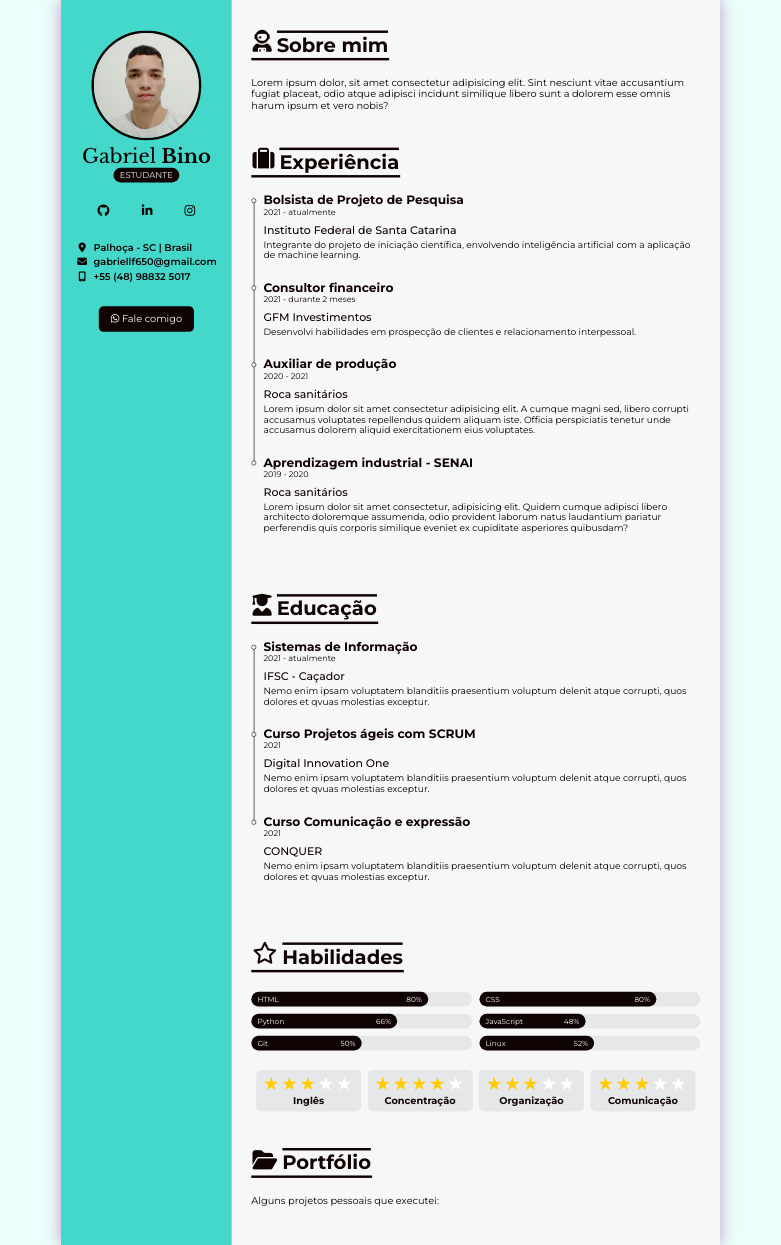
Repository: gabrielbino/curriculoResponsivo
Page: index.html
These files come from the project's save history. The page is drawn as it stood at one moment and after the next save; the edit follows.
The browser window is 1280 px wide. The pictures show the whole page, at 61% of full size.
Some web libraries are served in a nearby version.

Above is the page before, as saved 2021-10-19 15:29:15.

### index.html
<!DOCTYPE html>
<html lang="pt-br">
  <head>
    <meta charset="UTF-8" />

    <meta name="viewport" content="width=device-width, initial-scale=1" />

    <link
      rel="stylesheet"
      href="https://cdnjs.cloudflare.com/ajax/libs/normalize/8.0.1/normalize.min.css"
      integrity="sha512-NhSC1YmyruXifcj/KFRWoC561YpHpc5Jtzgvbuzx5VozKpWvQ+4nXhPdFgmx8xqexRcpAglTj9sIBWINXa8x5w=="
      crossorigin="anonymous"
      referrerpolicy="no-referrer"
    />

    <script
      src="https://kit.fontawesome.com/e258bd240c.js"
      crossorigin="anonymous"
    ></script>

    <link rel="stylesheet" href="css/style.css" />

    <link rel="shortcut icon" href="img/favicon.ico" />

    <title>CV do Gabriel</title>
  </head>
  <body>
    <main>
      <aside>
        <div class="sidebar">
          <img
            class="profile-picture"
            src="./img/option_profile.jpeg"
            alt="Gabriel Bino"
          />
          <h1 class="title-name"><span>Gabriel</span> Bino</h1>
          <h3 class="subtitle-role">Estudante</h3>
          <div class="social-links">
            <a href="https://github.com/gabrielbino" target="_blank">
              <i class="fab fa-github"></i>
            </a>
            <a
              href="https://www.linkedin.com/in/gabriel-fernandes-bino-456499195/"
              target="_blank"
            >
              <i class="fab fa-linkedin-in"></i>
            </a>
            <!-- <a href="https://twitter.com/theleoad" target="_blank">
              <i class="fab fa-twitter"></i>
            </a> -->
            <a href="https://www.instagram.com/gabrielfbino/" target="_blank">
              <i class="fab fa-instagram"></i>
            </a>
          </div>
          <ul class="personal-data">
            <li>
              <i class="fas fa-map-marker-alt"></i>
              <span>Palhoça - SC | Brasil</span>
            </li>
            <li>
              <i class="fas fa-envelope"></i>
              <a href="mailto:galbriellf650@gmail.com"
                >gabriellf650@gmail.com</a
              >
            </li>
            <li>
              <i class="fas fa-mobile-alt"></i>
              <a href="tel:+5548988325017">+55 (48) 98832 5017</a>
            </li>
          </ul>
          <a
            class="download-button"
            href="https://wa.me/+5548988325017"
            target="_blank"
          >
            <i class="fab fa-whatsapp"></i>
            <span>Fale comigo</span>
          </a>
        </div>
      </aside>
      <section>
        <article>
          <div class="article-title-wrapper">
            <i class="fas fa-user-astronaut"></i>
            <h2 class="article-title">Sobre mim</h2>
          </div>
          <p>
            Lorem ipsum dolor, sit amet consectetur adipisicing elit. Sint
            nesciunt vitae accusantium fugiat placeat, odio atque adipisci
            incidunt similique libero sunt a dolorem esse omnis harum ipsum et
            vero nobis?
          </p>
        </article>
        <article>
          <div class="article-title-wrapper">
            <i class="fas fa-suitcase"></i>
            <h2 class="article-title">Experiência</h2>
          </div>
          <ul class="timeline">
            <li>
              <h4 class="timeline-title">Bolsista de Projeto de Pesquisa</h4>
              <h5 class="timeline-time">2021 - atualmente</h5>
              <h6 class="timeline-place">
                Instituto Federal de Santa Catarina
              </h6>
              <p class="timeline-text">
                Integrante do projeto de iniciação científica, envolvendo
                inteligência artificial com a aplicação de machine learning.
              </p>
            </li>
            <li>
              <h4 class="timeline-title">Consultor financeiro</h4>
              <h5 class="timeline-time">2021 - durante 2 meses</h5>
              <h6 class="timeline-place">GFM Investimentos</h6>
              <p class="timeline-text">
                Desenvolvi habilidades em prospecção de clientes e
                relacionamento interpessoal.
              </p>
            </li>
            <li>
              <h4 class="timeline-title">Auxiliar de produção</h4>
              <h5 class="timeline-time">2020 - 2021</h5>
              <h6 class="timeline-place">Roca sanitários</h6>
              <p class="timeline-text">
                Lorem ipsum dolor sit amet consectetur adipisicing elit. A
                cumque magni sed, libero corrupti accusamus voluptates
                repellendus quidem aliquam iste. Officia perspiciatis tenetur
                unde accusamus dolorem aliquid exercitationem eius voluptates.
              </p>
            </li>
            <li>
              <h4 class="timeline-title">Aprendizagem industrial - SENAI</h4>
              <h5 class="timeline-time">2019 - 2020</h5>
              <h6 class="timeline-place">Roca sanitários</h6>
              <p class="timeline-text">
                Lorem ipsum dolor sit amet consectetur, adipisicing elit. Quidem
                cumque adipisci libero architecto doloremque assumenda, odio
                provident laborum natus laudantium pariatur perferendis quis
                corporis similique eveniet ex cupiditate asperiores quibusdam?
              </p>
            </li>
          </ul>
        </article>
        <article>
          <div class="article-title-wrapper">
            <i class="fas fa-user-graduate"></i>
            <h2 class="article-title">Educação</h2>
          </div>
          <ul class="timeline">
            <li>
              <h4 class="timeline-title">Sistemas de Informação</h4>
              <h5 class="timeline-time">2021 - atualmente</h5>
              <h6 class="timeline-place">IFSC - Caçador</h6>
              <p class="timeline-text">
                Nemo enim ipsam voluptatem blanditiis praesentium voluptum
                delenit atque corrupti, quos dolores et qvuas molestias
                exceptur.
              </p>
            </li>
            <li>
              <h4 class="timeline-title">Curso Projetos ágeis com SCRUM</h4>
              <h5 class="timeline-time">2021</h5>
              <h6 class="timeline-place">Digital Innovation One</h6>
              <p class="timeline-text">
                Nemo enim ipsam voluptatem blanditiis praesentium voluptum
                delenit atque corrupti, quos dolores et qvuas molestias
                exceptur.
              </p>
            </li>
            <li>
              <h4 class="timeline-title">Curso Comunicação e expressão</h4>
              <h5 class="timeline-time">2021</h5>
              <h6 class="timeline-place">CONQUER</h6>
              <p class="timeline-text">
                Nemo enim ipsam voluptatem blanditiis praesentium voluptum
                delenit atque corrupti, quos dolores et qvuas molestias
                exceptur.
              </p>
            </li>
          </ul>
        </article>
        <article>
          <div class="article-title-wrapper">
            <i class="far fa-star"></i>
            <h2 class="article-title">Habilidades</h2>
          </div>
          <div class="skills-container">
            <div class="progress">
              <div class="progress-bar" role="progressbar" style="width: 80%">
                <div class="progress-text">
                  <span>HTML</span>
                  <span>80%</span>
                </div>
              </div>
            </div>
            <div class="progress">
              <div class="progress-bar" role="progressbar" style="width: 80%">
                <div class="progress-text">
                  <span>CSS</span>
                  <span>80%</span>
                </div>
              </div>
            </div>
            <div class="progress">
              <div class="progress-bar" role="progressbar" style="width: 66%">
                <div class="progress-text">
                  <span>Python</span>
                  <span>66%</span>
                </div>
              </div>
            </div>
            <div class="progress">
              <div class="progress-bar" role="progressbar" style="width: 48%">
                <div class="progress-text">
                  <span>JavaScript</span>
                  <span>48%</span>
                </div>
              </div>
            </div>
            <div class="progress">
              <div class="progress-bar" role="progressbar" style="width: 50%">
                <div class="progress-text">
                  <span>Git</span>
                  <span>50%</span>
                </div>
              </div>
            </div>
            <div class="progress">
              <div class="progress-bar" role="progressbar" style="width: 52%">
                <div class="progress-text">
                  <span>Linux</span>
                  <span>52%</span>
                </div>
              </div>
            </div>
          </div>
          <div class="soft-skills">
            <div class="soft-skill">
              <div class="soft-skill-rating" style="--rating: 3"></div>
              <h4 class="soft-skill-label">Inglês</h4>
            </div>
            <div class="soft-skill">
              <div class="soft-skill-rating" style="--rating: 4"></div>
              <h4 class="soft-skill-label">Concentração</h4>
            </div>
            <div class="soft-skill">
              <div class="soft-skill-rating" style="--rating: 3"></div>
              <h4 class="soft-skill-label">Organização</h4>
            </div>
            <div class="soft-skill">
              <div class="soft-skill-rating" style="--rating: 3"></div>
              <h4 class="soft-skill-label">Comunicação</h4>
            </div>
          </div>
        </article>
        <article>
          <div class="article-title-wrapper">
            <i class="fas fa-folder-open"></i>
            <h2 class="article-title">Portfólio</h2>
          </div>
          <p>Alguns projetos pessoais que executei:</p>
          <div class="portfolio">
            <a href="#" class="portfolio-item">
              <div></div>
            </a>
            <a href="#" class="portfolio-item">
              <div></div>
            </a>
            <a href="#" class="portfolio-item">
              <div></div>
            </a>
            <a href="#" class="portfolio-item">
              <div></div>
            </a>
          </div>
        </article>
      </section>
    </main>
  </body>
</html>

### css/style.css
@import url("https://fonts.googleapis.com/css2?family=Libre+Baskerville:wght@400;700&family=Montserrat:wght@400;500;600;700&display=swap");

* {
  box-sizing: border-box;
}

img {
  max-width: 100%;
}

body {
  background-color: #ebfffb;
  color: black;
  font-family: "Montserrat", sans-serif;
}

main {
  background-color: #ebfffb;
  box-shadow: 0 0 1.5rem rgba(149, 56, 158, 0.5);
  display: flex;
  margin: 0 auto;
  max-width: 1080px;
  min-height: 100vh;
  width: 100%;
}

aside {
  background-color: #43d8c9;
  padding: 50px 0 16px;
  width: 280px;
}

.sidebar {
  align-items: center;
  display: flex;
  flex-direction: column;
  position: sticky;
  top: 16px;
  width: 100%;
}

.profile-picture {
  border-radius: 50%;
  border: solid 4px #100303;
  width: 180px;
}

.title-name {
  color: #100303;
  font-family: "Libre Baskerville", serif;
  font-weight: 700;
  margin: 8px 0 0;
}

.title-name span {
  font-weight: 500;
}

.subtitle-role {
  background: #100303;
  border-radius: 12px;
  color: #e9ebec;
  font-size: 14px;
  font-weight: 400;
  margin: 0;
  padding: 4px 10px;
  text-transform: uppercase;
}

.social-links {
  display: flex;
  font-size: 20px;
  justify-content: space-between;
  margin: 36px 0;
  width: 160px;
}

.social-links a {
  color: #100303;
}

.social-links a:hover {
  color: #95389e;
}

.personal-data {
  list-style-type: none;
  margin: 0;
  padding: 0;
}

.personal-data li {
  color: #100303;
  font-weight: 600;
  line-height: 1.5;
}

.personal-data li a {
  color: inherit;
  text-decoration: none;
}

.personal-data i {
  margin-right: 4px;
  text-align: center;
  width: 20px;
}

.download-button {
  background: #100303;
  border-radius: 8px;
  color: white;
  display: block;
  margin: 36px 0;
  padding: 12px 20px;
  text-decoration: none;
}

section {
  background-color: #f7f7f7;
  padding: 50px 32px 0;
  width: calc(100% - 280px);
}

article:not(:last-of-type) {
  margin-bottom: 60px;
}

.article-title-wrapper {
  align-items: center;
  border-bottom: 4px solid;
  color: #100303;
  display: inline-flex;
  margin-bottom: 12px;
  padding: 0 2px;
}
.article-title-wrapper i {
  font-size: 36px;
  margin: -8px 8px 0 0;
}

.article-title {
  border-top: 4px solid;
  color: #100303;
  font-size: 32px;
  font-weight: 800;
  margin: 0 0 2px;
  padding-top: 2px;
}

.timeline {
  list-style: none;
  margin: 20px 0;
  padding: 0;
}

.timeline li {
  margin: 0;
  padding: 2px 0 40px 20px;
  position: relative;
}

.timeline li::after {
  background-color: #fff;
  border-radius: 50%;
  border: 1px solid #100303;
  box-sizing: border-box;
  content: "";
  display: inline-block;
  height: 8px;
  left: 0;
  position: absolute;
  top: 2px;
  width: 8px;
}

.timeline li:not(:last-of-type)::before {
  background-color: #100303;
  content: "";
  height: 100%;
  left: 3.5px;
  position: absolute;
  top: calc(0.5em - 4px);
  width: 1px;
}

.timeline-title {
  color: #100303;
  font-size: 20px;
  margin: -8px 0 0;
}

.timeline-time {
  color: #100303;
  font-weight: 400;
  margin: 0;
}

.timeline-place {
  color: #100303;
  font-size: 18px;
  font-weight: 500;
  margin: 12px 0 4px;
}

.timeline-text {
  font-size: 15px;
  margin: 0;
}

.skills-container {
  display: flex;
  flex-wrap: wrap;
  justify-content: space-between;
  margin: 20px 0;
}

.progress {
  background-color: rgba(68, 86, 108, 0.1);
  border-radius: 20px;
  display: flex;
  font-size: 0.75rem;
  height: 1.5rem;
  margin-bottom: 12px;
  width: calc(50% - 6px);
}

.progress-bar {
  align-items: center;
  background-color: #100303;
  border-radius: 20px;
  color: #fff;
  display: flex;
  padding: 0 10px;
}

.progress-text {
  display: flex;
  justify-content: space-between;
  width: 100%;
}

.soft-skills {
  display: flex;
  justify-content: space-between;
  padding: 0 8px;
}

.soft-skill {
  background-color: rgba(68, 86, 108, 0.1);
  border-radius: 8px;
  padding: 8px;
  text-align: center;
  width: calc(25% - 8px);
}

.soft-skill-rating {
  --percent: calc(var(--rating) / 5 * 100%);
  display: inline-block;
  font-family: Times;
  font-size: 30px;
  line-height: 1;
}

.soft-skill-rating::before {
  background-clip: text;
  background: linear-gradient(90deg, #fc0 var(--percent), #fff var(--percent));
  content: "★★★★★";
  letter-spacing: 3px;
  -webkit-background-clip: text;
  -webkit-text-fill-color: transparent;
}

.soft-skill-label {
  color: #100303;
  margin: 4px 0 0;
}

.portfolio {
  display: flex;
  flex-wrap: wrap;
  justify-content: space-between;
}

.portfolio-item {
  margin-bottom: 24px;
  text-decoration: none;
  width: calc(50% - 12px);
}

/* .portfolio-item div {
  margin: 0;
}

.portfolio-item figcaption {
  color: #3c6e71;
  font-weight: 800;
  text-align: center;
} */

@media (max-width: 1024px) {
  .soft-skills {
    flex-wrap: wrap;
  }

  .soft-skill {
    margin: 4px;
    width: calc(50% - 8px);
  }
}

@media (max-width: 768px) {
  main {
    display: block;
  }

  aside,
  section {
    width: 100%;
  }

  section {
    padding: 32px 16px 0;
  }

  .article-title-wrapper {
    display: flex;
    padding: 0;
  }

  .progress,
  .soft-skill,
  .portfolio-item,
  .article-title {
    width: 100%;
  }

  .portfolio-item figure {
    text-align: center;
  }
}

After the next save:
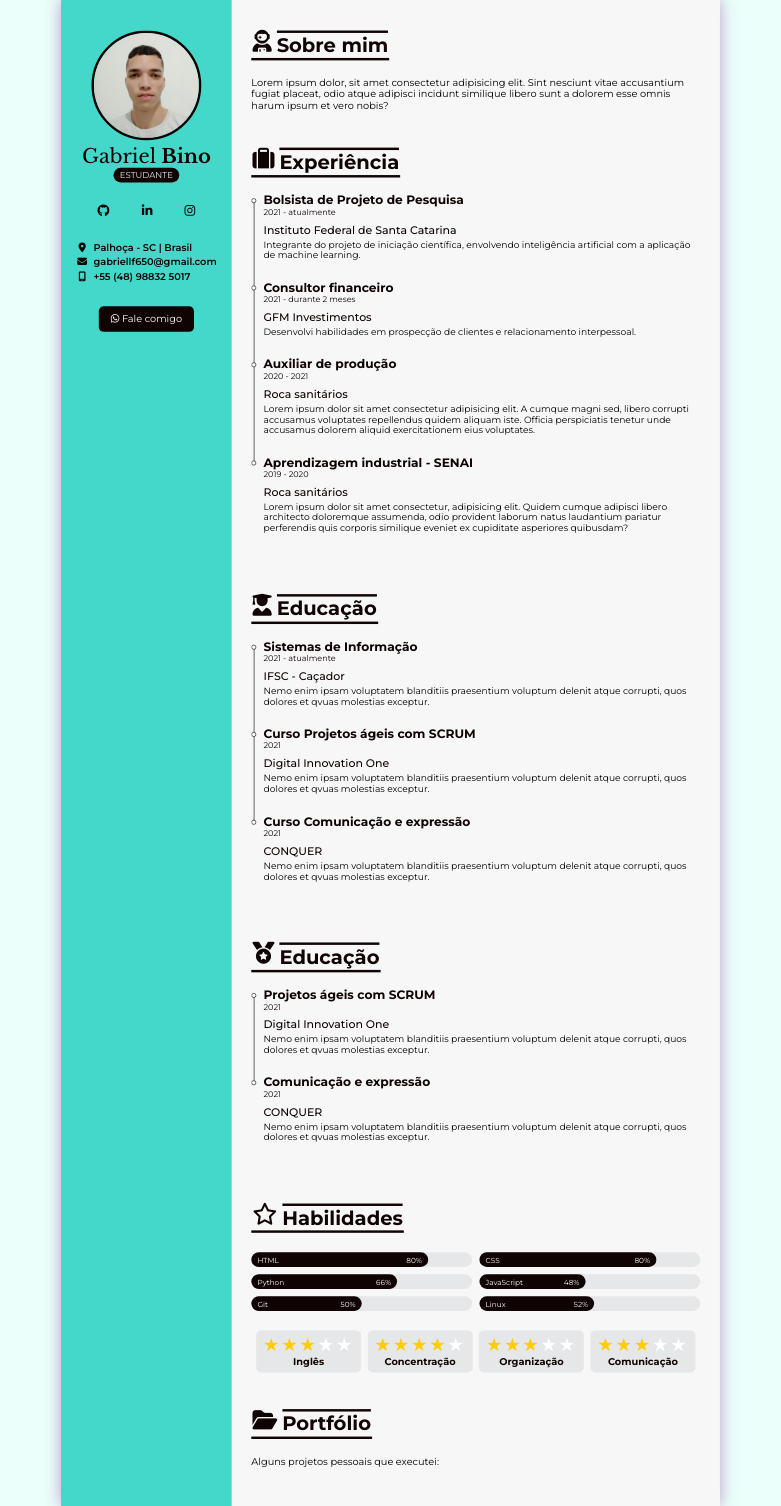
Saved 32 min 20 s later.
--- a/index.html
+++ b/index.html
@@ -181,6 +181,34 @@
         </article>
         <article>
           <div class="article-title-wrapper">
+            <i class="fa-solid fa-medal"></i>
+            <h2 class="article-title">Educação</h2>
+          </div>
+          <ul class="timeline">
+            <li>
+              <h4 class="timeline-title">Projetos ágeis com SCRUM</h4>
+              <h5 class="timeline-time">2021</h5>
+              <h6 class="timeline-place">Digital Innovation One</h6>
+              <p class="timeline-text">
+                Nemo enim ipsam voluptatem blanditiis praesentium voluptum
+                delenit atque corrupti, quos dolores et qvuas molestias
+                exceptur.
+              </p>
+            </li>
+            <li>
+              <h4 class="timeline-title">Comunicação e expressão</h4>
+              <h5 class="timeline-time">2021</h5>
+              <h6 class="timeline-place">CONQUER</h6>
+              <p class="timeline-text">
+                Nemo enim ipsam voluptatem blanditiis praesentium voluptum
+                delenit atque corrupti, quos dolores et qvuas molestias
+                exceptur.
+              </p>
+            </li>
+          </ul>
+        </article>
+        <article>
+          <div class="article-title-wrapper">
             <i class="far fa-star"></i>
             <h2 class="article-title">Habilidades</h2>
           </div>
